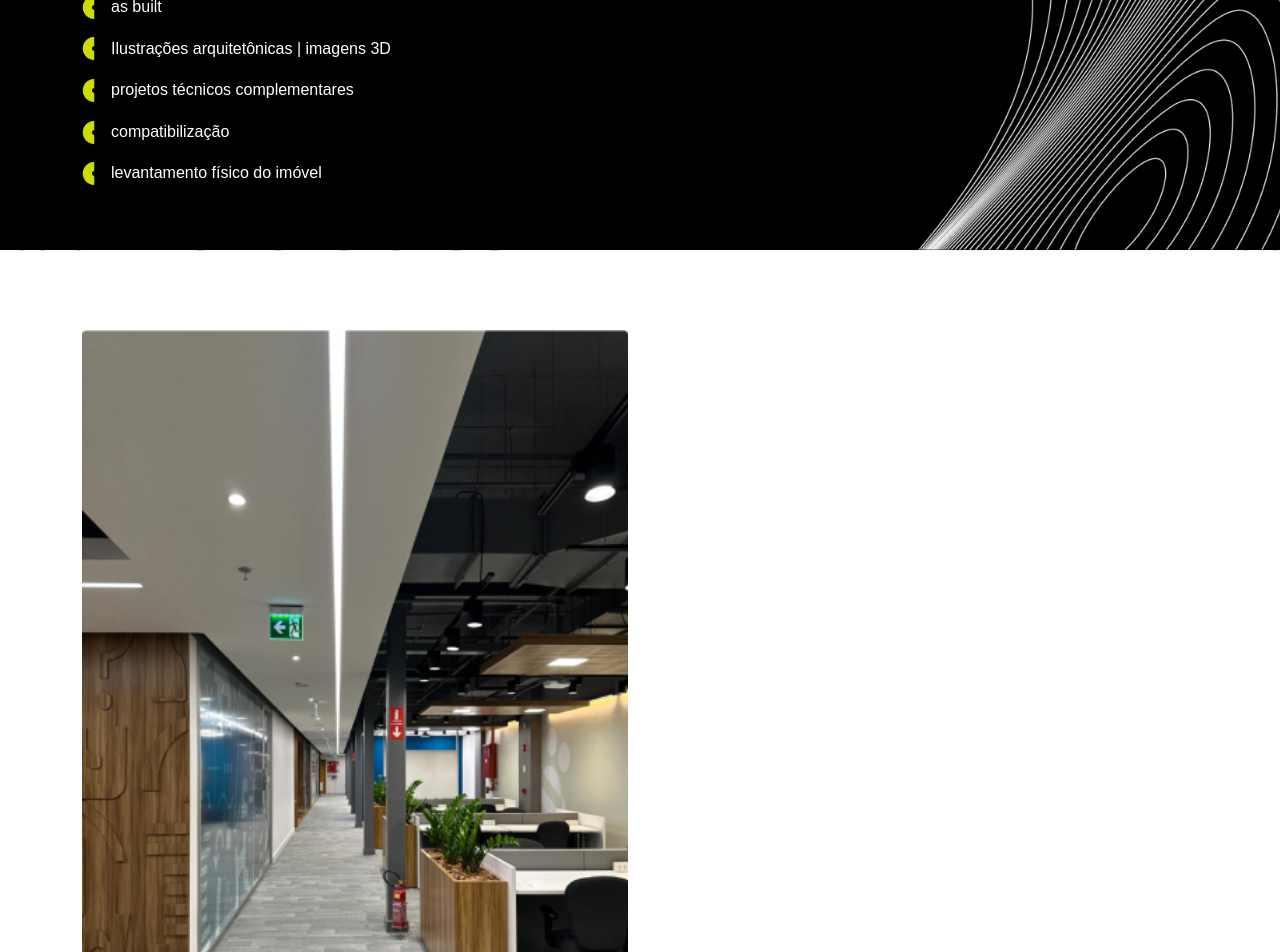
Repository: Upstairs-Agencia/studio-conceito-react
Page: /servicos
An editor plug-in stored every save of this project. The page is shown before and after the next save, followed by the edit.
The browser window is 1280 px wide. The pictures show the part of the page from y = 2081 to 3033 px (the page is 4087 px tall before and 3801 px after).
The project was rebuilt for these pictures with package versions that can differ from the ones it lists, and the page was loaded fresh each time. Also part of the build but not shown: src/pages/Home.js, src/styles/quemsomos.css, src/pages/QuemSomos.js, src/styles/cases.css, src/pages/Cases.js, src/pages/Blog.js, src/pages/Clientes.js, src/pages/Contato.js.

Above is the page before, as saved 2024-12-29 21:43:09.

### public/index.html
<!DOCTYPE html>
<html lang="en">
  <head>
    <meta charset="utf-8" />
    <link rel="icon" href="%PUBLIC_URL%/favicon.ico" />
    <meta name="viewport" content="width=device-width, initial-scale=1" />
    <meta name="theme-color" content="#000000" />
    <meta
      name="description"
      content="Web site created using create-react-app"
    />
    <link rel="apple-touch-icon" href="%PUBLIC_URL%/logo192.png" />
    <!--
      manifest.json provides metadata used when your web app is installed on a
      user's mobile device or desktop. See https://developers.google.com/web/fundamentals/web-app-manifest/
    -->
    <link rel="manifest" href="%PUBLIC_URL%/manifest.json" />
    <!--
      Notice the use of %PUBLIC_URL% in the tags above.
      It will be replaced with the URL of the `public` folder during the build.
      Only files inside the `public` folder can be referenced from the HTML.

      Unlike "/favicon.ico" or "favicon.ico", "%PUBLIC_URL%/favicon.ico" will
      work correctly both with client-side routing and a non-root public URL.
      Learn how to configure a non-root public URL by running `npm run build`.
    -->
    <title>Studio Conceito</title>
  </head>
  <body>
    <noscript>You need to enable JavaScript to run this app.</noscript>
    <div id="root"></div>
    <!--
      This HTML file is a template.
      If you open it directly in the browser, you will see an empty page.

      You can add webfonts, meta tags, or analytics to this file.
      The build step will place the bundled scripts into the <body> tag.

      To begin the development, run `npm start` or `yarn start`.
      To create a production bundle, use `npm run build` or `yarn build`.
    -->
  </body>
</html>

### src/index.js

import React from 'react';
import ReactDOM from 'react-dom';
import App from './App';
import 'mdb-react-ui-kit/dist/css/mdb.min.css'; // MDB styles
import './index.css'; // Global styles

ReactDOM.render(
  <React.StrictMode>
    <App />
  </React.StrictMode>,
  document.getElementById('root')
);

### src/App.js

import React from 'react';
import { BrowserRouter as Router, Routes, Route } from 'react-router-dom';
import Home from './pages/Home';
import QuemSomos from './pages/QuemSomos';
import Servicos from './pages/Servicos';
import Cases from './pages/Cases';
import Blog from './pages/Blog';
import Clientes from './pages/Clientes';
import Contato from './pages/Contato';

function App() {
  return (
    <Router>
      <Routes>
        <Route path="/" element={<Home />} />
        <Route path="/quem-somos" element={<QuemSomos />} />
        <Route path="/servicos" element={<Servicos />} />
        <Route path="/cases" element={<Cases />} />
        <Route path="/blog" element={<Blog />} />
        <Route path="/clientes" element={<Clientes />} />
        <Route path="/contato" element={<Contato />} />
      </Routes>
    </Router>
  );
}

export default App;

### src/index.css

body {
  margin: 0;
  font-family: Arial, sans-serif;
  background-color: #f4f4f4;
}

### src/pages/Servicos.js
import React from 'react';
import { MDBContainer, MDBRow, MDBCol } from 'mdb-react-ui-kit';
import Navbar from '../components/navbar';
import Footer from '../components/footer';

import icon from "../images/servicosImg/icontopico.png";
import servicos from "../images/servicosImg/serviços.png";
import escritorio from "../images/servicosImg/escritorioimg.png";
import bgsession2 from "../images/servicosImg/bgsession2.png";


const Servicos = () => {
  return (
    <div>
      <Navbar />

      {/* Seção de cabeçalho do serviço*/}
      <section className="bg-black text-white py-5">
        <MDBContainer>
          <MDBRow
            className="align-items-center"
            style={{ height: '150px' }}
          >
            <MDBCol md="6">
              <h1 className="fw-bold">Serviços</h1>
            </MDBCol>
          </MDBRow>
        </MDBContainer>
      </section>

      {/* Sessão Projetar e Construir */}
      <section className="py-5 bg-white">
        <MDBContainer>
          <MDBRow className="align-items-center">
            <MDBCol md="6" className="mb-4">
              <h1 className="fw-bold mb-3">Projetar<br />e Construir</h1>
              <h3>
                Transformamos sonhos em projetos e materializamos projetos em patrimônio físico e tangível.
              </h3>
              <h3>
                Realizamos a Implantação de novos sites; Retrofit de imóvel (revitalização); Closeout (desocupação de imóveis).
              </h3>
              <h3>
                Trabalhamos no formato Turn Key ou por Gerenciamento.
              </h3>
              <h3>
                Entre em contato com o nosso time e fale da sua necessidade.
              </h3>
            </MDBCol>
            <MDBCol md="6">
              <img
                src={servicos}
                alt="Projetar e Construir"
                style={{ width: '100%', height: 'auto' }}
              />
            </MDBCol>
          </MDBRow>
        </MDBContainer>
      </section>

      {/* Sessão Projetos */}
      <section
        style={{
          backgroundImage: `url("images/servicosImg/Background.png")`,
          backgroundSize: 'cover',
          backgroundPosition: 'center',
          padding: '5rem 0',
        }}
      >
        <MDBContainer>
          <div
            style={{
              backgroundColor: "black",
              color: "white",
              padding: "2rem",
              width: "40%",
              left: "2rem",
              height: "auto",
              boxShadow: "0px 4px 10px rgba(0, 0, 0, 0.5)",
            }}
          >
            <h1 className="fw-bold">Projetos</h1>
            <h3>
              Nosso grande desafio é traduzir a imagem corporativa para a arquitetura, compreendendo o universo e a história de cada cliente. Priorizamos os colaboradores com o objetivo de aumentar a satisfação, bem estar e consequente elevação da produtividade.
            </h3>
            <h3>
              Encaramos o momento atual como um desafio e uma excelente oportunidade de revermos os conceitos de ocupação, valorizando espaços colaborativos, de convivência e interação.
            </h3>
          </div>
        </MDBContainer>
      </section>




      <section className="bg-black text-white py-5" style={{ backgroundImage: `url("images/servicosImg/Backgroundblack.png")`, backgroundSize: 'cover',
          backgroundPosition: 'center',}}>
        <MDBContainer >
          <MDBRow>
            <MDBCol md="7">
              <ul className="list-unstyled">
                {[
                  "estudo de viabilidade",
                  "estudo preliminar",
                  "anteprojeto",
                  "projeto executivo",
                  "as built",
                  "Ilustrações arquitetônicas | imagens 3D",
                  "projetos técnicos complementares",
                  "compatibilização",
                  "levantamento físico do imóvel"
                ].map((item, index) => (
                  <li key={index} className="d-flex align-items-center mb-3">
                    <img
                      src={icon}
                      alt="Ícone"
                      className="me-3"
                    />
                    <span>{item}</span>
                  </li>
                ))}
              </ul>
            </MDBCol>
            <MDBCol md="5" style={{ width: '100%', height: 'auto'}}>
            </MDBCol>
          </MDBRow>
        </MDBContainer>
      </section>





      {/* Sessão Obras */}
      <section
        style={{
          backgroundImage: `url(${bgsession2})`,
          backgroundSize: 'cover',
          backgroundPosition: 'center',
          padding: '5rem 0',
        }}
      >
        <MDBContainer>
          <MDBRow>
            <MDBCol md="6">
              <img
                src={escritorio}
                alt="Obras"
                style={{ width: '100%', height: 'auto' }}
              />
            </MDBCol>
            <MDBCol md="6" className="text-white">
              <h1 className="fw-bold">Obras</h1>
              <h3>
                Nosso Departamento de Obras conta com grupos de engenheiros e arquitetos que executam e gerenciam nossos projetos e de terceiros.
              </h3>
              <h3>
                Nosso cuidado com o cronograma, com as normas, com o orçamento, com a qualidade dos serviços e o pós-obra é nosso compromisso real com os nossos clientes.
              </h3>
              <h3>
                Nosso comprometimento nos permite criar parcerias duradoras, Studio Conceito + Cliente, que nos possibilitam atender qualquer que seja sua demanda, desde pequenas intervenções à uma reestruturação completa.
              </h3>
            </MDBCol>
          </MDBRow>
        </MDBContainer>
      </section>

      {/* Sessão Planejamento e Coordenação */}
      <section className="bg-black text-white py-5" style={{ backgroundImage: `url("images/servicosImg/finalimg.png")`, backgroundSize: 'cover',
          backgroundPosition: 'center',}}>
        <MDBContainer>
          <MDBRow>
            <MDBCol md="7">
              <ul className="list-unstyled">
                {[
                  "planejamento",
                  "cronograma e prazos",
                  "suprimentos",
                  "coordenação",
                  "logística de fornecedores",
                  "fiscalização",
                  "controle de qualidade",
                  "relatório técnico",
                  "relatórios administrativos e financeiros"
                ].map((item, index) => (
                  <li key={index} className="d-flex align-items-center mb-3">
                    <img
                      src={icon}
                      alt="Ícone"
                      className="me-3"
                    />
                    <span>{item}</span>
                  </li>
                ))}
              </ul>
            </MDBCol>
            <MDBCol md="5" style={{ width: '100%', height: 'auto'}}>
            </MDBCol>
          </MDBRow>
        </MDBContainer>
      </section>

      <Footer />
    </div>
  );
};

export default Servicos;

### src/components/navbar.js
import React, { useState } from "react";

import Logo from "../images/logoBlack.png";

import {
  MDBNavbar,
  MDBNavbarBrand,
  MDBContainer,
} from "mdb-react-ui-kit";
import { FaLinkedin, FaInstagram, FaPinterest, FaBars } from "react-icons/fa";
import { IoIosClose } from "react-icons/io";
import { Link } from "react-router-dom";

import SeloGptw from "../images/selo-gptw.png";

const Navbar = () => {
  const [showMenu, setShowMenu] = useState(false);

  return (
    <>
      {/* Navbar */}
      <MDBNavbar dark bgColor="white" className="py-4 px-5">
        <MDBContainer fluid className="d-flex justify-content-between align-items-center">
          {/* Logo */}
          <MDBNavbarBrand href="#" className="ms-5">
            <img
              src={Logo}
              alt="Logo"
              style={{ maxHeight: "90px", marginLeft: "12vw"}}
            />
          </MDBNavbarBrand>

          {/* Social Icons and Menu Toggle */}
          <div className="d-flex align-items-center">
            {/* Social Icons */}
            <div className="d-flex gap-3 me-3">
              <button className="btn btn-light rounded-circle p-2">
                <FaLinkedin size={30} />
              </button>
              <button className="btn btn-light rounded-circle p-2">
                <FaInstagram size={30} />
              </button>
              <button className="btn btn-light rounded-circle p-2">
                <FaPinterest size={30} />
              </button>
            </div>

            {/* FaBars Icon for Sidebar */}
            <button
              className="btn rounded-circle p-2"
              style={{
                background: "none",
                border: "none",
                cursor: "pointer",
              }}
              onClick={() => setShowMenu(!showMenu)}
            >
              <FaBars size={20} color="black" />
            </button>
          </div>
        </MDBContainer>
      </MDBNavbar>

      {/* Sidebar Menu */}
      {showMenu && (
        <div
          className="position-fixed top-0 end-0 bg-white vh-100 vw-350 shadow-lg d-flex flex-column"
          style={{ zIndex: 1050, width: "500px" }}
        >
          <div className="d-flex justify-content-end p-3">
            {/* Close Button */}
            <button
              className="p-0"
              style={{
                background: "none",
                border: "none",
                cursor: "pointer",
              }}
              onClick={() => setShowMenu(false)}
            >
              <IoIosClose size={40} />
            </button>
          </div>





          <div className="p-4 flex-grow-1">
            {/* Menu Items */}
            <ul className="list-unstyled">
              {[
                { label: "Home", link: "/" },
                { label: "Quem somos", link: "/quem-somos" },
                { label: "Serviços", link: "/servicos" },
                { label: "Cases", link: "/cases" },
                { label: "Blog", link: "/blog" },
                { label: "Clientes", link: "/clientes" },
                { label: "Contato", link: "/contato" },
              ].map((item, index) => (
                <li key={index} className="py-2">
                  <Link
                    to={item.link}
                    className="text-decoration-none fs-6"
                    style={{
                      transition: "all 0.3s ease-in-out", // Transição suave
                      color:"black"
                    }}
                    onMouseOver={(e) => {
                      e.currentTarget.style.color = "#FF7F30"; // Altera a cor
                      e.currentTarget.style.fontWeight = "bold"; // Negrito
                    }}
                    onMouseOut={(e) => {
                      e.currentTarget.style.color = "black"; // Retorna à cor original
                      e.currentTarget.style.fontWeight = "normal"; // Retira o negrito
                    }}
                  >
                    {item.label}
                  </Link>
                </li>
              ))}
            </ul>
          </div>



          {/* Footer Section */}
          <div className="d-flex justify-content-between align-items-center px-4 pb-4">
            {/* Social Icons */}
            <div className="d-flex gap-3">
              <button className="btn btn-dark rounded-circle p-2">
                <FaLinkedin size={20} color="white" />
              </button>
              <button className="btn btn-dark rounded-circle p-2">
                <FaInstagram size={20} color="white" />
              </button>
              <button className="btn btn-dark rounded-circle p-2">
                <FaPinterest size={20} color="white" />
              </button>
            </div>

            {/* Placeholder Image */}
            <img
              src={SeloGptw}
              alt="Great Place to Work"
              style={{ maxHeight: "200px", marginBottom: "4rem" }}
            />
          </div>
        </div>
      )}
    </>
  );
};

export default Navbar;

### src/components/footer.js
import React from "react";
import { MDBFooter, MDBContainer, MDBRow, MDBCol } from "mdb-react-ui-kit";
import Logo from "../images/logoBlack.png";
import "../styles/footer.css";

const Footer = () => {
  return (
    <MDBFooter className="footer-container text-center text-white">
      <MDBContainer className="p-4 footer-content">

        <MDBRow className="content-signature">
            {/* Logo e Nome */}
            <MDBCol md="4" className="mb-4 footer-left">
                <img
                    src={Logo}
                    alt="Studio Conceito Logo"
                    className="footer-logo"
                />

                {/* Navegação */}
                <MDBCol md="4" className="mb-3 footer-center">
                    <nav className="footer-nav">
                        <a href="/">Home</a>
                        <a href="/quem-somos"> Quem somos </a>
                        <a href="/servicos">Serviços</a>
                        <a href="/cases">Cases</a>
                        <a href="/blog">Blog</a>
                        <a href="/clientes">Clientes</a>
                        <a href="/contato" className="footerHighlight">
                            Contato
                        </a>
                    </nav>
                </MDBCol>

            </MDBCol>

            {/* Direitos Reservados */}
            <MDBCol md="4" className="mb-4 footer-right">
                <p className="mb-0">2023 &copy; Todos os direitos reservados</p>
            </MDBCol>

        </MDBRow>



      </MDBContainer>
    </MDBFooter>
  );
};

export default Footer;

### src/styles/footer.css
.footer-container {
    background-color: white;
    height: 25vh !important; /* Ocupa 30% da altura da tela */
    display: flex;
    justify-content: center;
    align-items: center;
    color: black;
    font-family: Arial, sans-serif;
    margin: 1rem 0;
  }

  .footer-content {
    height: 100%; /* Garante que o conteúdo ocupe toda a altura do footer */
  }

  .content-signature{
    display: flex;
    flex-direction: row;
  }

  .footer-left {
    display: flex;
    flex-direction: column;
  }

  .footer-logo {
    max-width: 40%; /* Aumenta a imagem para 40% de seu tamanho */
    margin-bottom: 10px;
  }


  .footer-center {
    text-align: center;
    margin: 2rem 0;
  }

  .footer-nav{
    display: flex;
    flex-direction: row;
    justify-content: space-around;
    width:35vw;

  }

  .footerHighlight {
    color: #ff6600 !important;
  }

  .footer-nav a {
    margin: 1px 1rem;
    text-decoration: none;
    color: #000;
    font-size: 1rem;
    transition: color 0.3s ease;
  }

  .footer-nav a:hover {
    color: #ff6600;
  }



  .footer-right {
    text-align: center;
    display: flex;
    justify-content: center;
    align-items: center;
    margin-left: 20vw;
    font-size: 0.9rem;
    color: #000;
  }

After the next save:
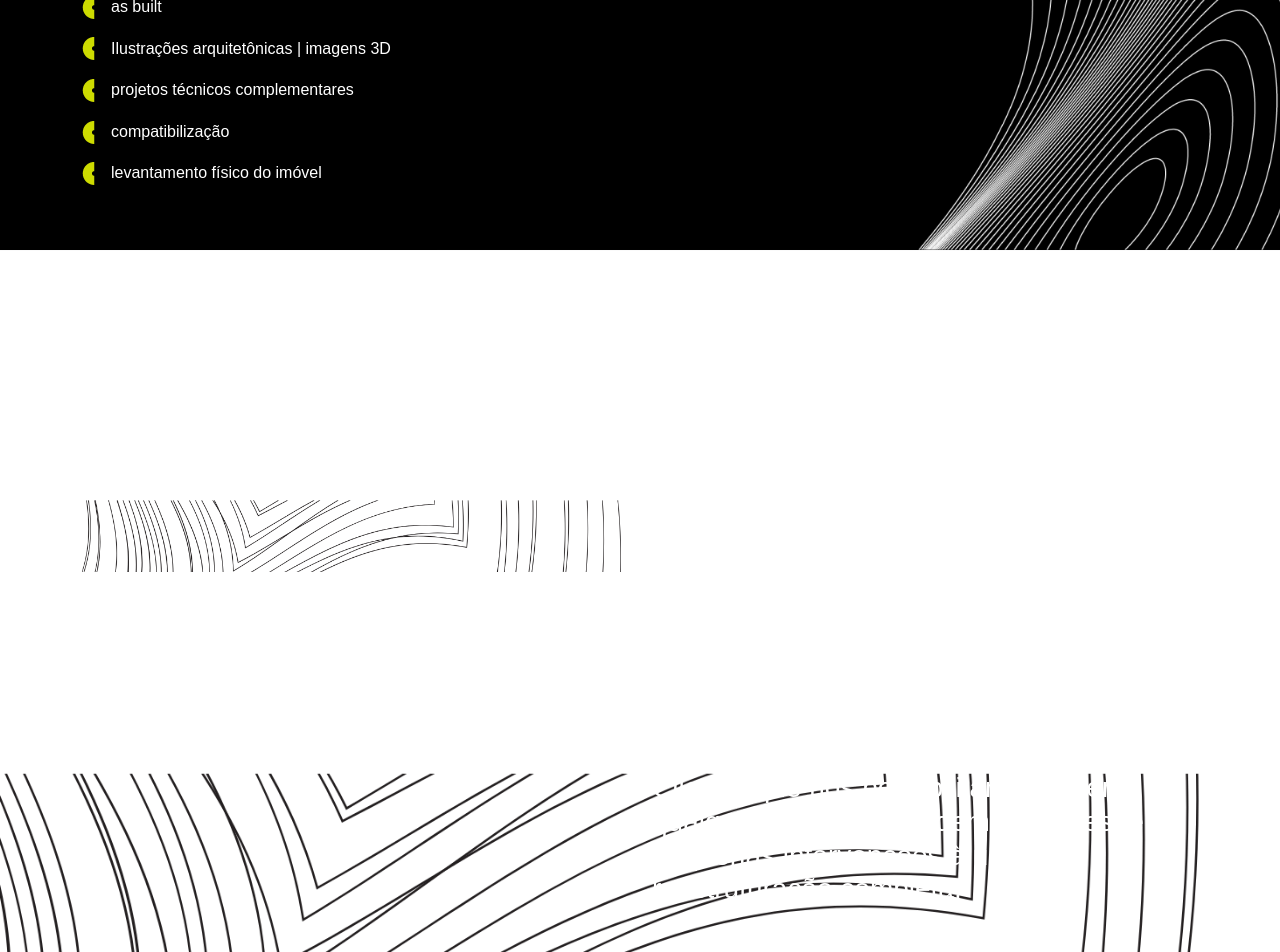
Saved 25 s later.
--- a/src/pages/Servicos.js
+++ b/src/pages/Servicos.js
@@ -144,7 +144,7 @@
           <MDBRow>
             <MDBCol md="6">
               <img
-                src={escritorio}
+                src={bgsession2}
                 alt="Obras"
                 style={{ width: '100%', height: 'auto' }}
               />

After the save that followed:
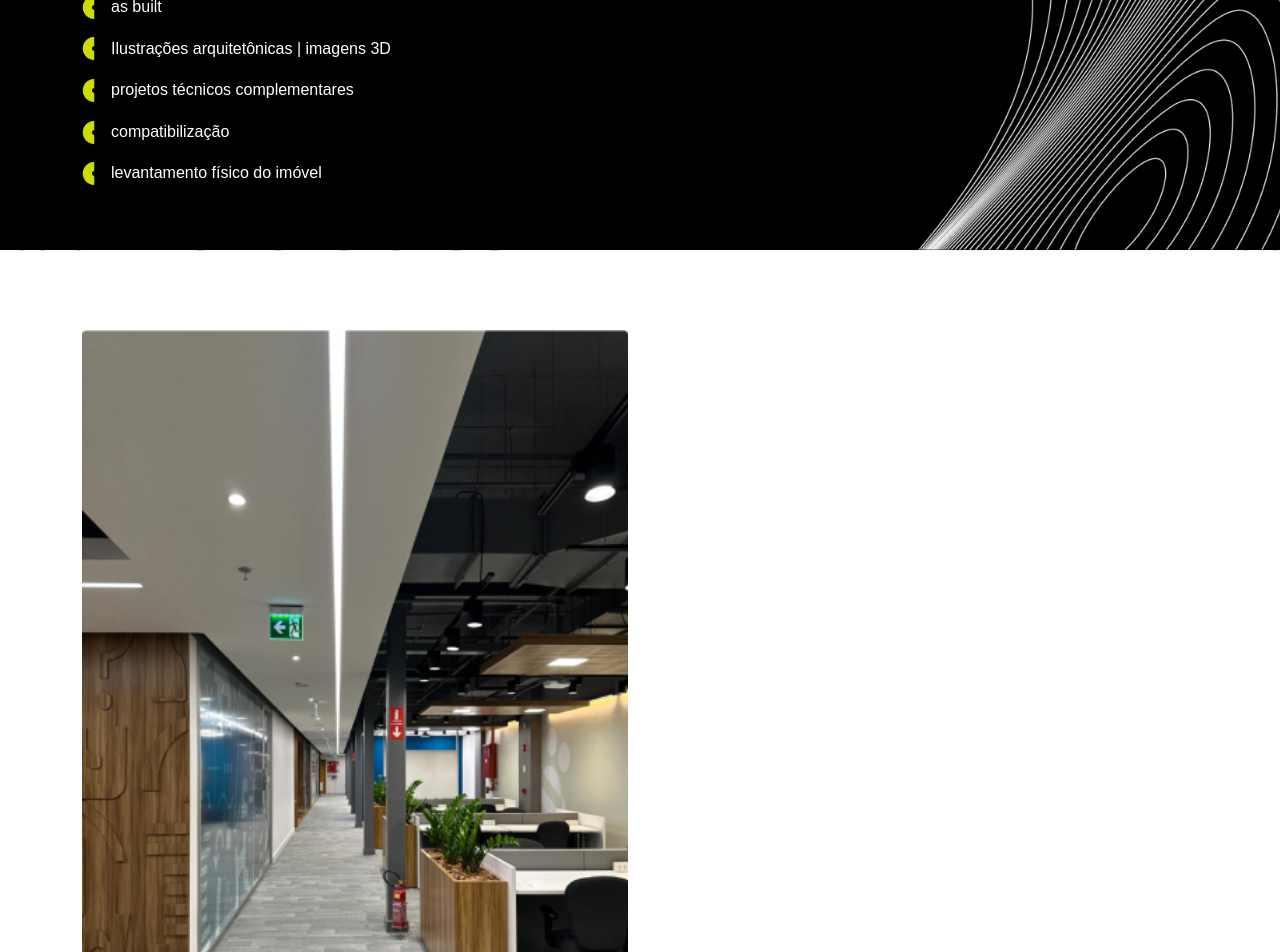
Saved 14 s later.
--- a/src/pages/Servicos.js
+++ b/src/pages/Servicos.js
@@ -144,7 +144,7 @@
           <MDBRow>
             <MDBCol md="6">
               <img
-                src={bgsession2}
+                src={escritorio}
                 alt="Obras"
                 style={{ width: '100%', height: 'auto' }}
               />
